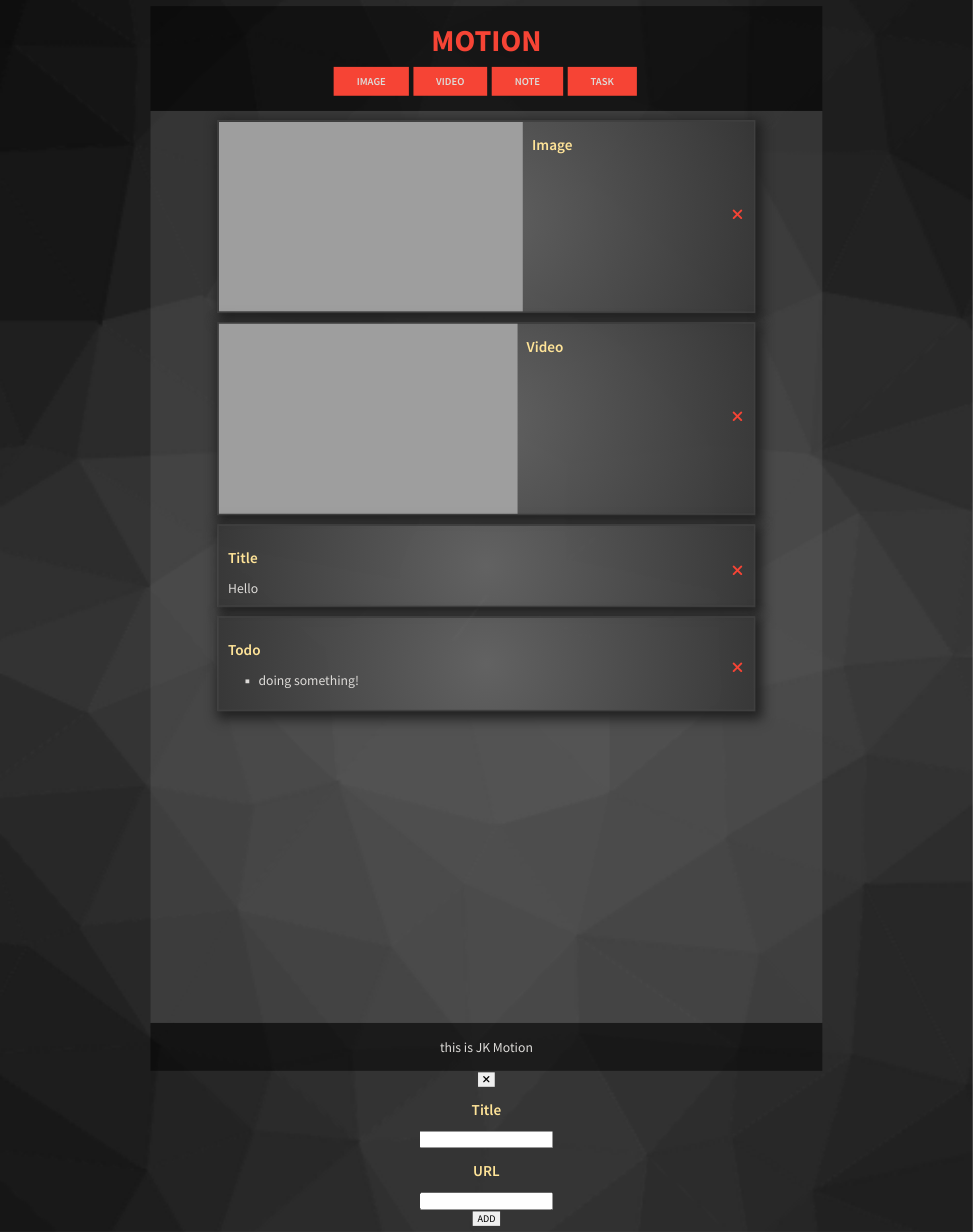
Repository: keehoonjung/Motion-project
Page: index.html
An editor plug-in stored every save of this project. The page is shown before and after the next save, followed by the edit.
The browser window is 1280 px wide. The pictures show the whole page, at 76% of full size.
Pictures or frames that could not be fetched are drawn as grey boxes. Some web libraries are served in a nearby version.

Above is the page before, as saved 2021-08-23 16:36:01.

### index.html
<!DOCTYPE html>
<html lang="en">
  <head>
    <meta charset="UTF-8" />
    <meta http-equiv="X-UA-Compatible" content="IE=edge" />
    <meta name="viewport" content="width=device-width, initial-scale=1.0" />
    <script src="main.js" defer></script>
    <link rel="stylesheet" href="style.css" />
    <script
      src="https://kit.fontawesome.com/a7a8d59961.js"
      crossorigin="anonymous"
    ></script>
    <link rel="preconnect" href="https://fonts.googleapis.com" />
    <link rel="preconnect" href="https://fonts.gstatic.com" crossorigin />
    <link
      href="https://fonts.googleapis.com/css2?family=Source+Sans+Pro:wght@400;600;700&display=swap"
      rel="stylesheet"
    />
    <title>MOTION</title>
  </head>
  <body>
    <section class="container">
      <header class="head">
        <h1 class="logo">MOTION</h1>
        <nav class="head__menu">
          <button class="menu__btn">IMAGE</button>
          <button class="menu__btn">VIDEO</button>
          <button class="menu__btn">NOTE</button>
          <button class="menu__btn">TASK</button>
        </nav>
      </header>
      <section class="mainlist">
        <div class="mainlist__item">
          <img src="https://picsum.photos/400/250" alt="random__img" />
          <h2 class="mainlist__title">Image</h2>
          <button class="mainlist__deletebtn">
            <i class="fas fa-times"></i>
          </button>
        </div>
        <div class="mainlist__item">
          <iframe
            width="400"
            height="250"
            src="https://www.youtube.com/embed/tvFjaz8dYn0"
            title="YouTube video player"
            frameborder="0"
            allow="accelerometer; autoplay; clipboard-write; encrypted-media; gyroscope; picture-in-picture"
            allowfullscreen
          ></iframe>
          <h2 class="mainlist__title">Video</h2>
          <button class="mainlist__deletebtn">
            <i class="fas fa-times"></i>
          </button>
        </div>
        <div class="mainlist__text">
          <h2 class="mainlist__text__title">Title</h2>
          <span> Hello </span>
          <button class="mainlist__deletebtn">
            <i class="fas fa-times"></i>
          </button>
        </div>
        <div class="mainlist__text">
          <h2 class="mainlist__text__title">Todo</h2>
          <ul class="todo__items">
            <li class="todo__item">
              <span>doing something!</span>
            </li>
          </ul>
          <button class="mainlist__deletebtn">
            <i class="fas fa-times"></i>
          </button>
        </div>

          </div>
      </section>
      <footer class="footer">
        <span>this is JK Motion<span>
      </footer>
    </section>
    <section class="popup">
      <button class="popup__exitbtn">
        <i class="fas fa-times"> </i>
      </button>
      <div class="pupup__title">
        <h2>Title</h2>
        <input type="text" class="popup__title__input" />
      </div>
      <div class="popup__url">
        <h2>URL</h2>
        <input type="text" class="popup__url__input" />
      </div>
      <button class="popup__addbtn">ADD</button>
    </section>
  </body>
</html>

### build/main.js
"use strict";
const mainMenu = document.querySelector(".head__menu");
const popup = document.querySelector(".popup");
const darkcontainer = document.querySelector(".darkcontainer");
const body = document.querySelector("body");
const mainlist = document.querySelector(".mainlist");
const urlInput = document.querySelector(".popup__item__input");
const titleInput = document.querySelector(".popup__title__input");
mainMenu === null || mainMenu === void 0 ? void 0 : mainMenu.addEventListener("click", (event) => {
    const target = event.target;
    const name = target.dataset.name;
    popup === null || popup === void 0 ? void 0 : popup.classList.add("visible");
    darkcontainer === null || darkcontainer === void 0 ? void 0 : darkcontainer.classList.add("visible");
    popup === null || popup === void 0 ? void 0 : popup.setAttribute("data-name", name);
});
popup === null || popup === void 0 ? void 0 : popup.addEventListener("click", (event) => {
    const target = event.target;
    const name = popup.dataset.name;
    if ((target === null || target === void 0 ? void 0 : target.classList.value) == "fas fa-times") {
        exitPopup();
    }
    else if ((target === null || target === void 0 ? void 0 : target.classList.value) === "popup__addbtn") {
        switch (name) {
            case "image":
                createImageItem(titleInput === null || titleInput === void 0 ? void 0 : titleInput.value, urlInput === null || urlInput === void 0 ? void 0 : urlInput.value);
                break;
            case "video":
                createVideoItem(titleInput === null || titleInput === void 0 ? void 0 : titleInput.value, urlInput === null || urlInput === void 0 ? void 0 : urlInput.value);
                break;
            case "note":
                createNoteItem(titleInput === null || titleInput === void 0 ? void 0 : titleInput.value, urlInput === null || urlInput === void 0 ? void 0 : urlInput.value);
                break;
            case "todo":
                createTodoItem(titleInput === null || titleInput === void 0 ? void 0 : titleInput.value, urlInput === null || urlInput === void 0 ? void 0 : urlInput.value);
                break;
        }
        titleInput.value = "";
        urlInput.value = "";
        exitPopup();
    }
});
mainlist === null || mainlist === void 0 ? void 0 : mainlist.addEventListener("click", (event) => {
    const target = event.target;
    deleteItem(target);
});
function createImageItem(title, url) {
    const item = document.createElement("div");
    item.setAttribute("class", "mainlist__item");
    item.innerHTML = `
  <img src=${url} alt="random__img" />
  <h2 class="mainlist__title">${title}</h2>
  <button class="mainlist__deletebtn">
    <i class="fas fa-times"></i>
  </button>
  `;
    mainlist === null || mainlist === void 0 ? void 0 : mainlist.appendChild(item);
}
function createVideoItem(title, url) {
    const item = document.createElement("div");
    item.setAttribute("class", "mainlist__item");
    item.innerHTML = `
  <iframe
  width="400"
  height="250"
  src=${url}
  title="YouTube video player"
  frameborder="0"
  allow="accelerometer; autoplay; clipboard-write; encrypted-media; gyroscope; picture-in-picture"
  allowfullscreen
></iframe>
<h2 class="mainlist__title">${title}</h2>
<button class="mainlist__deletebtn">
  <i class="fas fa-times"></i>
</button>
    `;
    mainlist === null || mainlist === void 0 ? void 0 : mainlist.appendChild(item);
}
function createNoteItem(title, text) {
    const item = document.createElement("div");
    item.setAttribute("class", "mainlist__text");
    item.innerHTML = `
  <h2 class="mainlist__text__title">${title}</h2>
  <span> ${text} </span>
  <button class="mainlist__deletebtn">
    <i class="fas fa-times"></i>
  </button>
    `;
    mainlist === null || mainlist === void 0 ? void 0 : mainlist.appendChild(item);
}
function createTodoItem(title, text) {
    const item = document.createElement("div");
    item.setAttribute("class", "mainlist__text");
    item.innerHTML = `
    <h2 class="mainlist__text__title">${title}</h2>
    <ul class="todo__items">
      <li class="todo__item">
        <span>${text}</span>
      </li>
    </ul>
    <button class="mainlist__deletebtn">
      <i class="fas fa-times"></i>
    </button>
      `;
    mainlist === null || mainlist === void 0 ? void 0 : mainlist.appendChild(item);
}
function exitPopup() {
    darkcontainer === null || darkcontainer === void 0 ? void 0 : darkcontainer.classList.remove("visible");
    popup === null || popup === void 0 ? void 0 : popup.classList.remove("visible");
    popup === null || popup === void 0 ? void 0 : popup.removeAttribute("data-name");
}
function deleteItem(target) {
    if ((target === null || target === void 0 ? void 0 : target.classList.value) == "fas fa-times") {
        target.parentNode.parentNode.remove();
    }
}

### style.css
:root {
  --bg-main-color: #00000080;
  --bg-accent-color: #2d2d2d;
  --accent-color: #f64435;
  --text-accent-color: #ffe498;
  --text-edit-bg-color: #575757;
  --border-color: #3f3f3f;
  --shadow-color: #202020;
  --document-bg-color: #68686850;
  --component-bg-gradient: radial-gradient(
    circle,
    #646464e6 0%,
    #363636e6 100%
  );
  --smokywhite: #dddbd8;
  --black: #000000;
  --translucent-black: #00000099;

  /* size */
  --title-size: 40px;
  --menu-size: 14px;
  --semi-bold: 600;
  --delete-btn: 20px;
  --margin-item: 12px;
  --item-title: 20px;
  --item-padding: 12px;
}

* {
  font-family: "Source Sans Pro", sans-serif;
  box-sizing: border-box;
}

body {
  background: center/cover no-repeat url("./img/background.png");
  text-align: center;
}

h1 {
  font-size: var(--title-size);
}

h2 {
  font-size: var(--item-title);
  font-weight: var(--semi-bold);
  color: var(--text-accent-color);
}

span {
  color: var(--smokywhite);
  font-size: 18px;
}

ul {
  list-style: none;
}

button {
  border: none;
  outline: none;
}

.container {
  width: 70%;
  margin: auto;
}

.head {
  background-color: var(--bg-main-color);
  padding: 20px 0;
}

.logo {
  margin: 0;
  color: var(--accent-color);
}

.head__menu {
  margin-top: 10px;
}

.menu__btn {
  background-color: var(--accent-color);
  color: var(--smokywhite);
  padding: 10px 30px;
  font-size: var(--menu-size);
  font-weight: var(--semi-bold);
  margin-right: 3px;
}

.mainlist {
  background-color: var(--document-bg-color);
  overflow-y: scroll;
  height: 1200px;
}

.mainlist__item {
  position: relative;
  border: 2px solid var(--border-color);
  background-color: var(--text-edit-bg-color);
  background: var(--component-bg-gradient);
  width: 80%;
  margin: auto;
  display: flex;
  margin-top: var(--margin-item);
  box-shadow: 5px 5px 15px 5px var(--shadow-color);
}

.mainlist__title {
  width: 45%;
  text-align: left;
  padding-left: var(--margin-item);
}

.mainlist__deletebtn {
  background: none;
  position: absolute;
  right: 8px;
  top: 43%;
  color: var(--accent-color);
  font-size: var(--delete-btn);
}

.mainlist__text {
  position: relative;
  border: 2px solid var(--border-color);
  background-color: var(--text-edit-bg-color);
  background: var(--component-bg-gradient);
  width: 80%;
  margin: auto;
  margin-top: var(--margin-item);
  text-align: left;
  padding: var(--margin-item);
  box-shadow: 5px 5px 15px 5px var(--shadow-color);
}

.todo__item {
  list-style: square;
  color: var(--smokywhite);
}

.footer {
  background-color: var(--bg-main-color);
  padding: 20px 0;
}

After the next save:
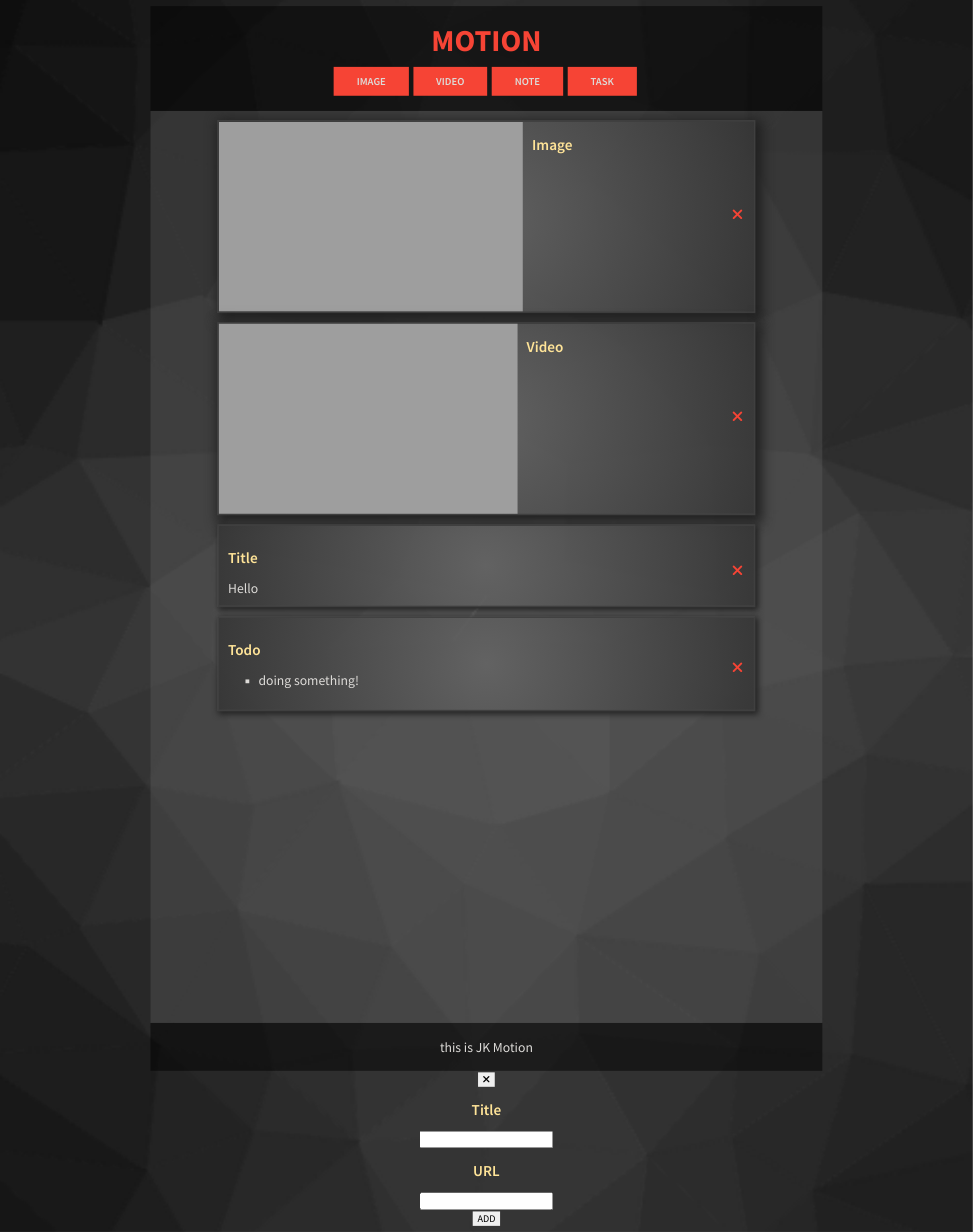
Saved 79 s later.
--- a/style.css
+++ b/style.css
@@ -131,7 +131,7 @@ button {
   margin-top: var(--margin-item);
   text-align: left;
   padding: var(--margin-item);
-  box-shadow: 5px 5px 15px 5px var(--shadow-color);
+  box-shadow: 3px 3px 8px 2px var(--shadow-color);
 }
 
 .todo__item {
